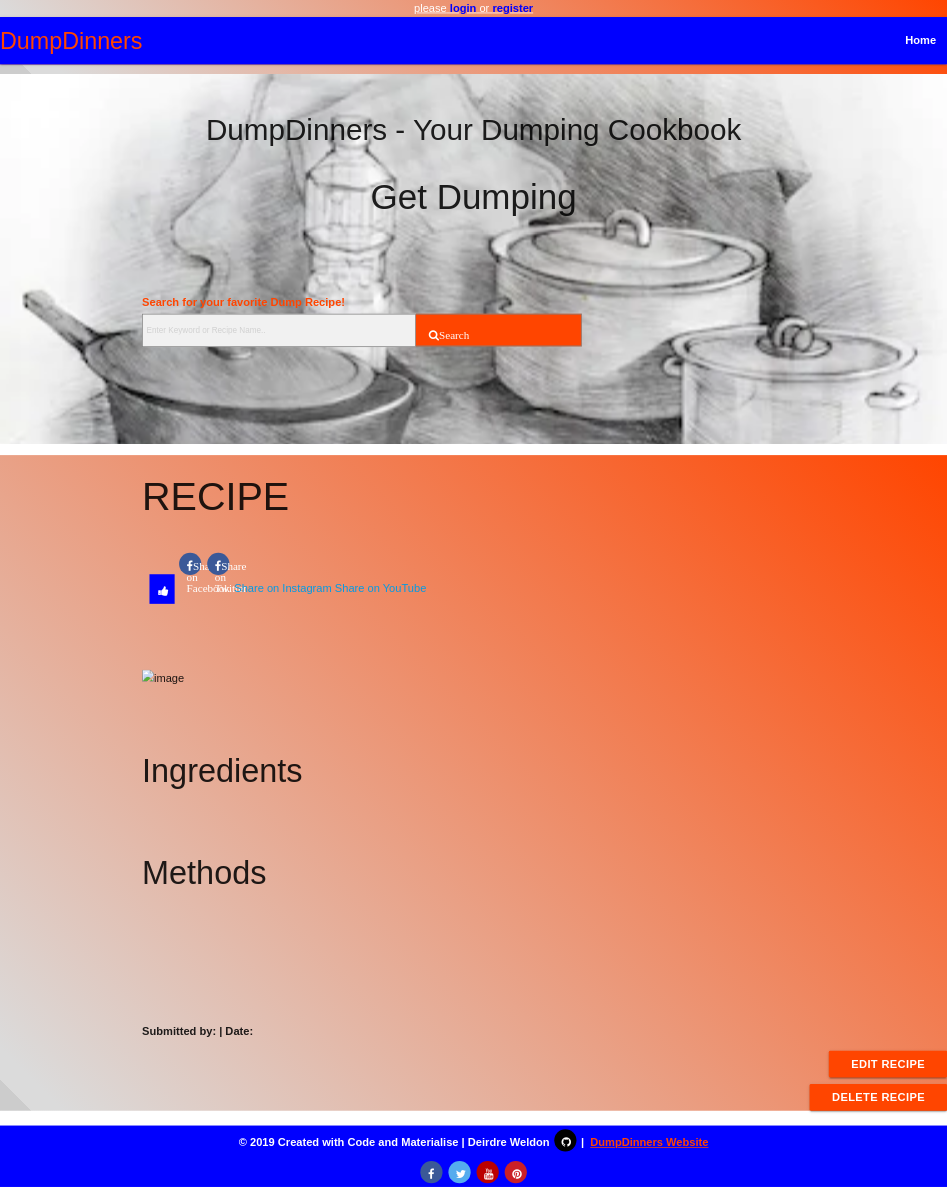
Repository: Deirdre18/dumpdinners-recipe-app
Page: templates/recipe.html
The author's editor kept a record of every edit. The page is drawn from the files as they stood at one moment, then again after the next edit.
The browser window is 1280 px wide. The pictures show the whole page, at 74% of full size.
Some web libraries are served in a nearby version. The page is served by the project's application, run on Flask 3 (app.py). The template is opened directly, without the code that normally fills it, so the values that code supplies are empty.

Above is the page before.

After the next edit:
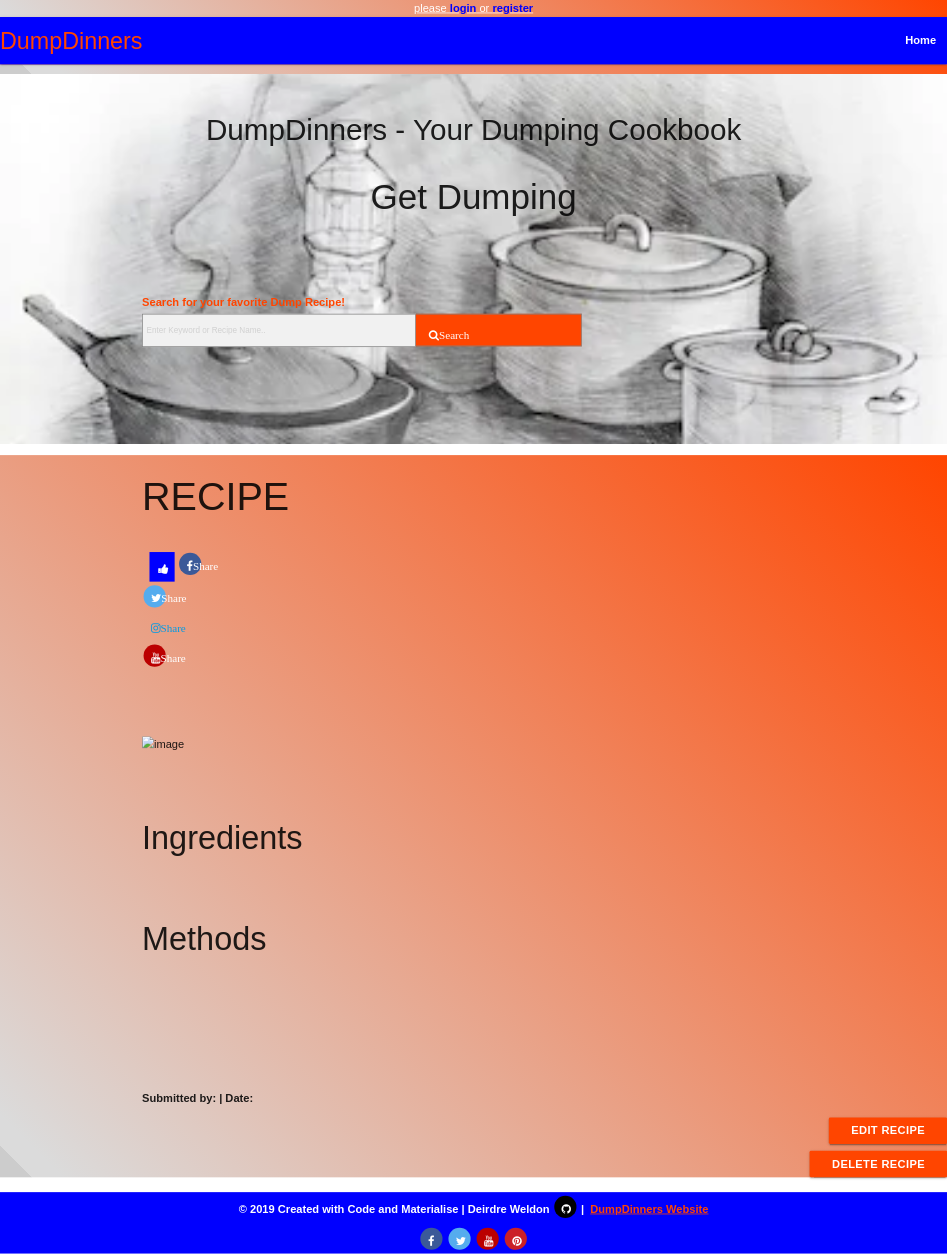
The edit:
--- a/templates/recipe.html
+++ b/templates/recipe.html
@@ -30,11 +30,10 @@
              	</button>
 <!--http://www.sharelinkgenerator.com/-->
 
-				<a href="https://www.facebook.com/sharer/sharer.php?u=" class="fa fa-facebook">Share on Facebook</a>
-				<a href="https://www.twitter.com/sharer/sharer.php?u=" class="fa fa-facebook">Share on Twitter</a>
-				<a href="https://www.instagram.com/sharer/sharer.php?u=">Share on Instagram</a>
-				<a href="https://www.youtube.com/sharer/sharer.php?u=">Share on YouTube</a>
-
+				<a href="https://www.facebook.com/sharer/sharer.php?u=" class="fa fa-facebook">Share</a><br>
+				<a href="https://www.twitter.com/sharer/sharer.php?u=" class="fa fa-twitter">Share</a><br>
+				<a href="https://www.instagram.com/sharer/sharer.php?u=" class="fa fa-instagram">Share</a><br>
+				<a href="https://www.youtube.com/sharer/sharer.php?u=" class="fa fa-youtube">Share</a><br>
 
 
 
